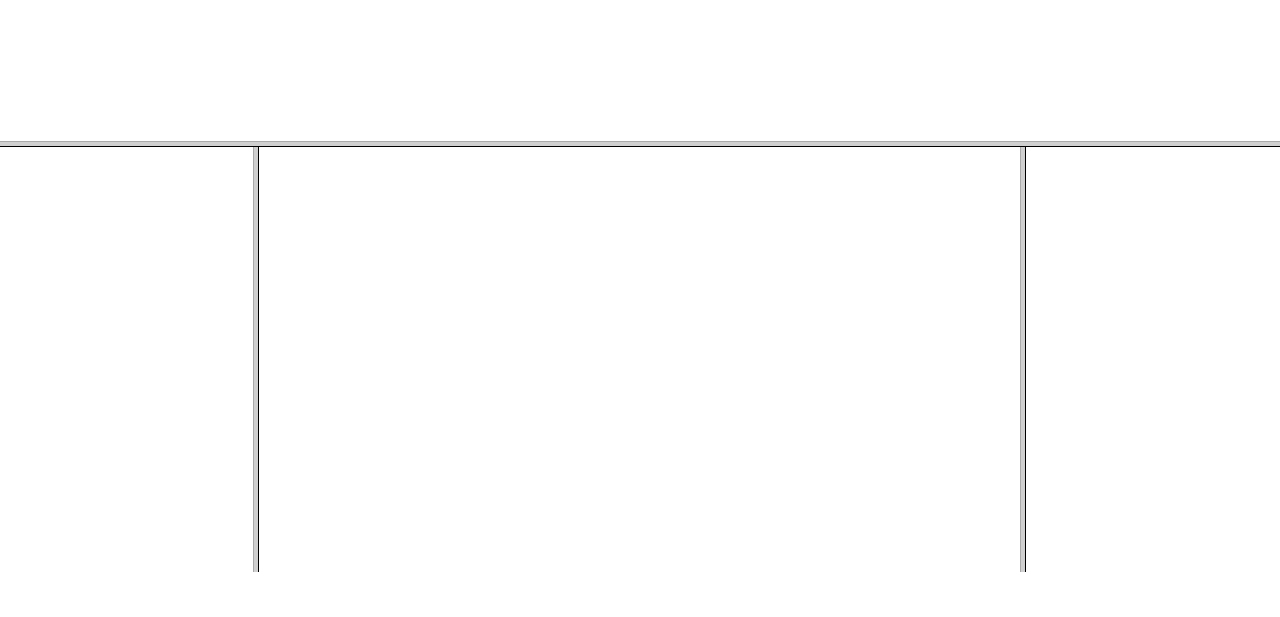
Repository: paul2oh/hellowjava
Page: workspace/javastart_svn/src/javastart/WebContent/clientPrg/a01_html/a05_test1.html
These files come from the project's save history. The page is drawn as it stood at one moment and after the next save; the edit follows.
The browser window is 1280 px wide. The pictures show the whole page.

Above is the page before, as saved 2017-01-03 09:32:09.

### workspace/javastart_svn/src/javastart/WebContent/clientPrg/a01_html/a05_test1.html
<!DOCTYPE html>
<html>
<head>
<meta charset="EUC-KR">
<title>Insert title here</title>
</head>

<!-- 1번 -->
<!-- <frameset cols="80%,20%"> -->
<!-- 	<frameset rows="30%,30%,30%"> -->
<!-- 		<frame /> -->
<!-- 		<frame /> -->
<!-- 		<frame /> -->
<!-- 	</frameset> -->
<!-- </frameset> -->

<frameset rows="20%,60%,20%">
<frame />

<frameset cols="20%,60%,20%">
<frame />
<frame />
</frameset>
</frameset>


</html>

After the next save:
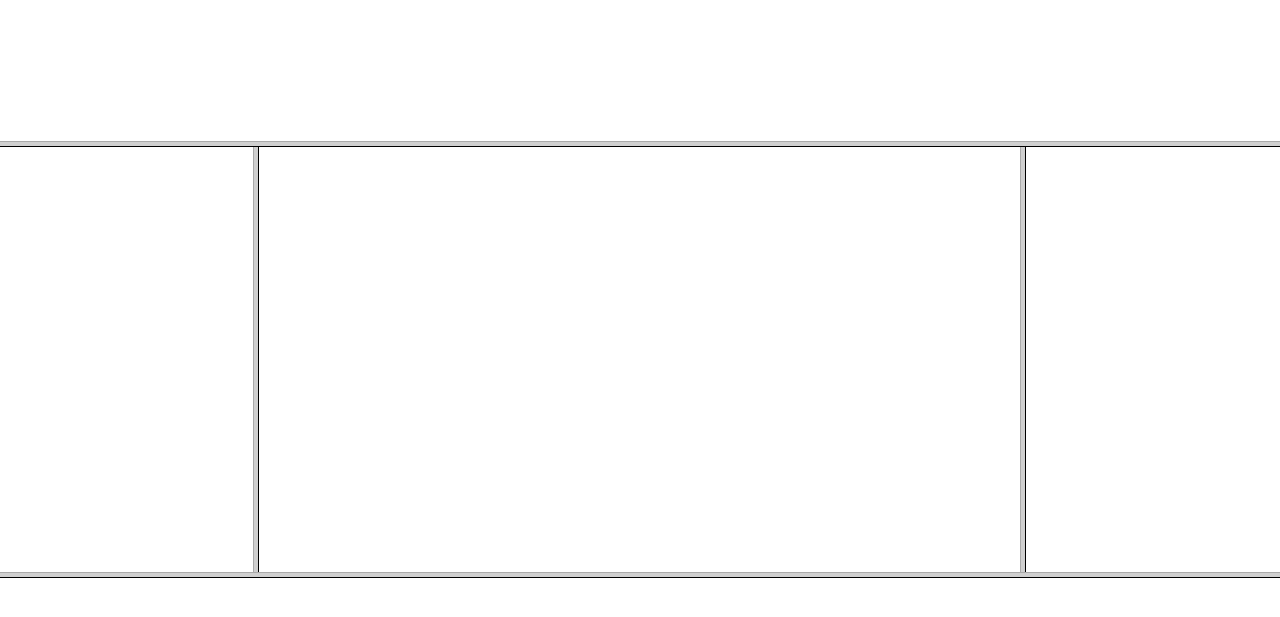
Saved 26 s later.
--- a/workspace/javastart_svn/src/javastart/WebContent/clientPrg/a01_html/a05_test1.html
+++ b/workspace/javastart_svn/src/javastart/WebContent/clientPrg/a01_html/a05_test1.html
@@ -21,6 +21,7 @@
 <frame />
 <frame />
 </frameset>
+<frame />
 </frameset>
 
 
